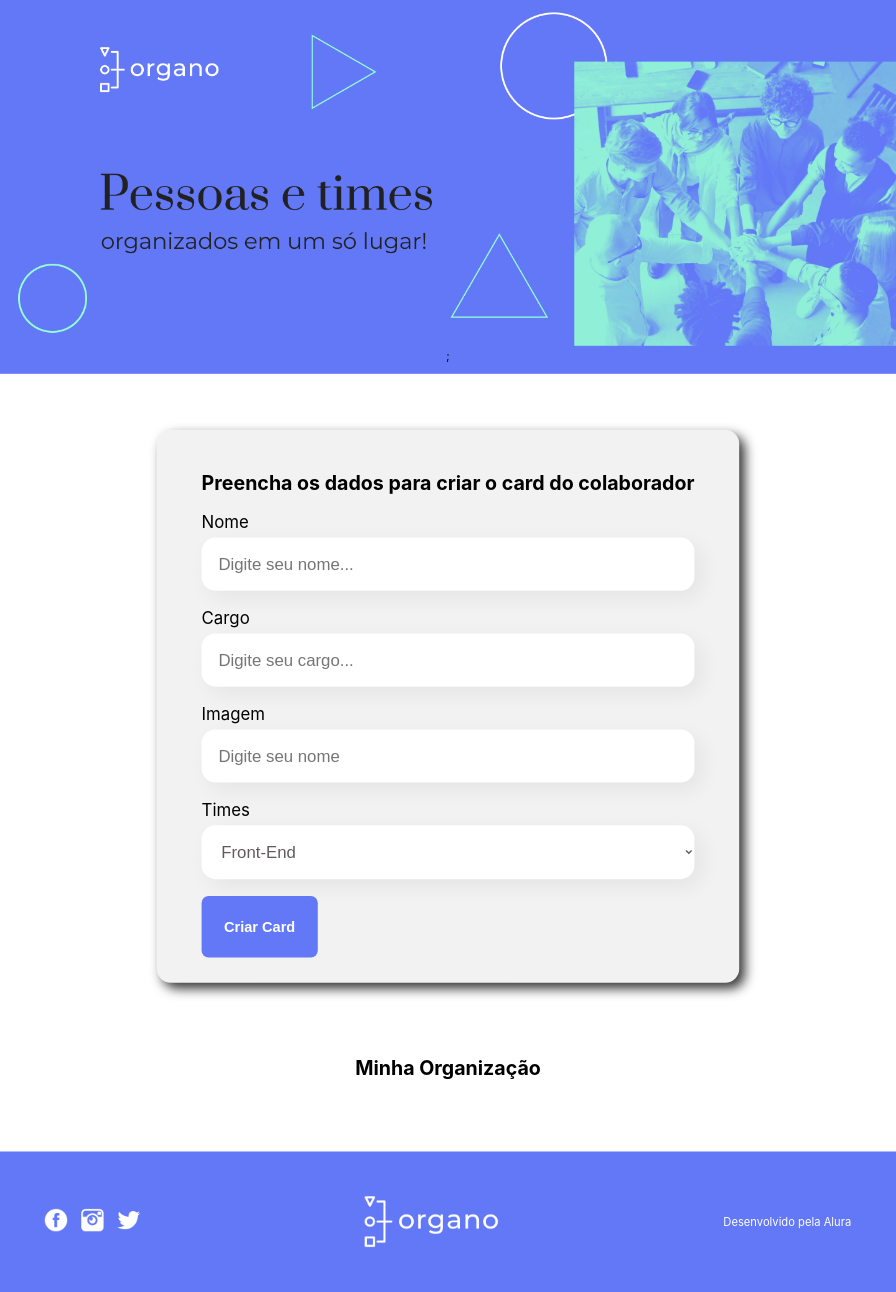
Repository: guilhermecardoso93/organo
Page: /
These files come from the project's save history. The page is drawn as it stood at one moment and after the next save; the edit follows.
The browser window is 1280 px wide. The pictures show the whole page, at 70% of full size.
The project was rebuilt for these pictures with package versions that can differ from the ones it lists, and the page was loaded fresh each time. Also part of the build but not shown: src/components/Card/styles.css, src/components/Card/index.js, src/components/Time/styles.css, src/components/Time/index.js.

Above is the page before, as saved 2024-05-27 20:23:21.

### src/App.js
import { useState } from "react";
import { Banner } from "./components/Banner";
import { Form } from "./components/Form";
import { Time } from "./components/Time";

import "./App.css";
import { Footer } from "./components/Footer";
export default function App(handleChangeColaboradores) {
  const [colaboradores, setColaboradores] = useState([]);
  const times = [
    {
      nome: "Front-End",
      corPrimaria: "#82CFFA",
      corSecundaria: "#E8F8FF",
    },
    {
      nome: "Data Sciense",
      corPrimaria: "#A6D157",
      corSecundaria: "#F0F8E2",
    },
    {
      nome: "Devops",
      corPrimaria: "#E06B69",
      corSecundaria: "#FDE7E8",
    },
    {
      nome: "UX e Design",
      corPrimaria: "#D86EBF",
      corSecundaria: "#FAE5F5",
    },
    {
      nome: "Mobile",
      corPrimaria: "#FEBA05",
      corSecundaria: "#FFF5D9",
    },
    {
      nome: "Inovação e Gestão",
      corPrimaria: "#FF8A29",
      corSecundaria: "#FFEEDF",
    },
    {
      nome: "Programação",
      corPrimaria: "#57C278",
      corSecundaria: "#D9F7E9",
    },
  ];

  function handleNewColaboradores(colaborador) {
    console.log(colaborador);
    setColaboradores([...colaboradores, colaborador]);
  }

  return (
    <div className="app">
      <Banner />
      <Form
        times={times.map((time) => time.nome)}
        handleChangeColaboradores={(colaborador) =>
          handleNewColaboradores(colaborador)
        }
      />
      <div className="times-container-main">
        <h2>Minha Organização</h2>
        <div className="times-container-list">
          {times.map((time) => (
            <Time
              key={time.nome}
              nome={time.nome}
              corPrimaria={time.corPrimaria}
              corSecundaria={time.corSecundaria}
              colaboradores={colaboradores.filter(
                (colaborador) => colaborador.time === time.nome
              )}
            />
          ))}
        </div>{" "}
      </div>
      <Footer />
    </div>
  );
}

### src/components/Banner/index.js
import BannerBackground from "../../assets/imagens/banner.png";
import "./styles.css";

export function Banner() {
  return (
    <header className="background-banner">
      <img src={BannerBackground} alt="Banner Principal da Página da Orgona" />;
    </header>
  );
}

### src/components/Form/index.js
import { useState } from "react";

import { Button } from "../Button";
import { Input } from "../Input";
import { ListDropDown } from "../ListDropDown";

import "./styles.css";

export function Form(props) {
  const [nome, setNome] = useState("");
  const [cargo, setCargo] = useState("");
  const [imagem, setImagem] = useState("");
  const [time, setTime] = useState([]);

  function handleSubmit(event) {
    event.preventDefault();
    props.handleChangeColaboradores({
      nome,
      cargo,
      imagem,
      time,
    });
    setNome("");
    setCargo("");
    setImagem("");
    setTime("");
  }
  return (
    <section className="form">
      <form onSubmit={handleSubmit}>
        <h2>Preencha os dados para criar o card do colaborador</h2>
        <Input
          label="Nome"
          obrigatorio
          placeholder="Digite seu nome..."
          value={nome}
          valueChange={(value) => setNome(value)}
        />
        <Input
          label="Cargo"
          obrigatorio
          placeholder="Digite seu cargo..."
          value={cargo}
          valueChange={(value) => setCargo(value)}
        />
        <Input
          label="Imagem"
          obrigatorio
          placeholder="Digite seu nome"
          value={imagem}
          valueChange={(value) => setImagem(value)}
        />
        <ListDropDown
          obrigatorio
          itens={props.times}
          label="Times"
          value={time}
          valueChange={(value) => setTime(value)}
        />
        <Button> Criar Card</Button>
      </form>
    </section>
  );
}

### src/App.css
.App {
  text-align: center;
}

.App-logo {
  height: 40vmin;
  pointer-events: none;
}

@media (prefers-reduced-motion: no-preference) {
  .App-logo {
    animation: App-logo-spin infinite 20s linear;
  }
}

.App-header {
  background-color: #282c34;
  min-height: 100vh;
  display: flex;
  flex-direction: column;
  align-items: center;
  justify-content: center;
  font-size: calc(10px + 2vmin);
  color: white;
}

.App-link {
  color: #61dafb;
}

@keyframes App-logo-spin {
  from {
    transform: rotate(0deg);
  }
  to {
    transform: rotate(360deg);
  }
}


.times-container-main {
  display: flex;
  flex-direction: column;
  justify-content: center;
  align-items: center;
  margin: 80px 0;
  overflow: hidden;
}

.times-container-list {
  display: flex;
  flex-direction: column;
  align-items: center;
  justify-content: center;
  gap: 2rem;
}

### src/components/Footer/index.js
import fb from "../../assets/imagens/fb.png";
import ig from "../../assets/imagens/ig.png";
import tw from "../../assets/imagens/tw.png";
import logo from "../../assets/imagens/logo.png";

import "./styles.css";

export function Footer() {
  return (
    <footer>
      <div className="social">
        <a href="/">
          <img src={fb} alt="página do Facebook" />
        </a>
        <a href="/">
          <img src={ig} alt="página do Instagram" />
        </a>
        <a href="/">
          <img src={tw} alt="página do Twitter" />
        </a>
      </div>
      <img src={logo} alt="página do Facebook" />
      <p>Desenvolvido pela Alura</p>
    </footer>
  );
}

### src/components/Banner/styles.css
.background-banner {
  background-color: #6278f7;
  text-align: center;
  padding-bottom: 1rem;
}

.background-banner img {
  max-width: 100%;
}

### src/components/Button/index.js
import "./styles.css";

export function Button(props) {
  return <button>{props.children}</button>;
}

### src/components/Input/index.js
import "./styles.css";

export function Input({ label, placeholder, obrigatorio, value, valueChange }) {
  function handleTap(event) {
    valueChange(event.target.value);
  }

  return (
    <div className="campo-texto">
      <label>{label}</label>
      <input
        placeholder={placeholder}
        required={obrigatorio}
        onChange={handleTap}
        value={value}
      />
    </div>
  );
}

### src/components/ListDropDown/index.js
import "./styles.css";

export function ListDropDown({ label, itens, value, valueChange, required }) {
  return (
    <div className="list-dropdown">
      <label>{label}</label>
      <select
        onChange={(evento) => valueChange(evento.target.value)}
        required={required}
        value={value}
      >
        {itens.map((item) => {
          return <option key={item}>{item}</option>;
        })}
      </select>
    </div>
  );
}

### src/components/Form/styles.css
.form {
  display: flex;
  justify-content: center;
  margin: 80px 0;
}

.form form {
  max-width: 80%;
  background-color: #f2f2f2;
  border-radius: 20px;
  padding: 36px 64px;
  box-shadow: 8px 8px 16px rgba(0,0,0, 0.8);
}

h2 {
  font-size: 1.75rem;
}

### src/components/Footer/styles.css
footer {
  background-color: #6278f7;
  color: #fff;

  display: flex;
  flex-direction: row;
  justify-content: space-between;
  align-items: center;
  padding: 4rem;
}

footer .social {
  display: flex;
  gap: 20px;
}

### src/components/Button/styles.css
button {
  background-color: #6278f7;
  color: white;
  border: none;
  border-radius: 10px;
  font-size: 1.3rem;
  font-weight: bold;
  padding: 32px;
  cursor: pointer;
}

button:hover {
  background-color: white;
  color: #6278f7;
  border: 4px solid #6278f7;
  padding: 28px;
}

### src/components/Input/styles.css
.campo-texto {
  display: flex;
  flex-direction: column;
  margin: 24px 0;
}

.campo-texto label {
  display: block;
  margin-bottom: 8px;
  font-size: 24px;
  font-weight: semi-bold;
}

.campo-texto input {
  background-color: #fff;
  box-shadow: 10px 10px 30px rgba(0, 0, 0, 0.06);
  width: 100%;
  border: none;
  font-size: 24px;
  padding: 24px;
  box-sizing: border-box;
  border-radius: 20px;
}

### src/components/ListDropDown/styles.css
.list-dropdown {
  display: flex;
  flex-direction: column;
  margin: 24px 0;
}

.list-dropdown label {
  display: block;
  margin-bottom: 8px;
  font-size: 24px;
  font-weight: semi-bold;
}

.list-dropdown select {
  background-color: #fff;
  box-shadow: 10px 10px 30px rgba(0, 0, 0, 0.06);
  width: 100%;
  border: none;
  font-size: 24px;
  padding: 24px;
  box-sizing: border-box;
  border-radius: 20px;
  color: #615c5c;
}

Loaded but not shown: public/index.html (common file); src/index.js (common file); src/index.css (common file)

After the next save:
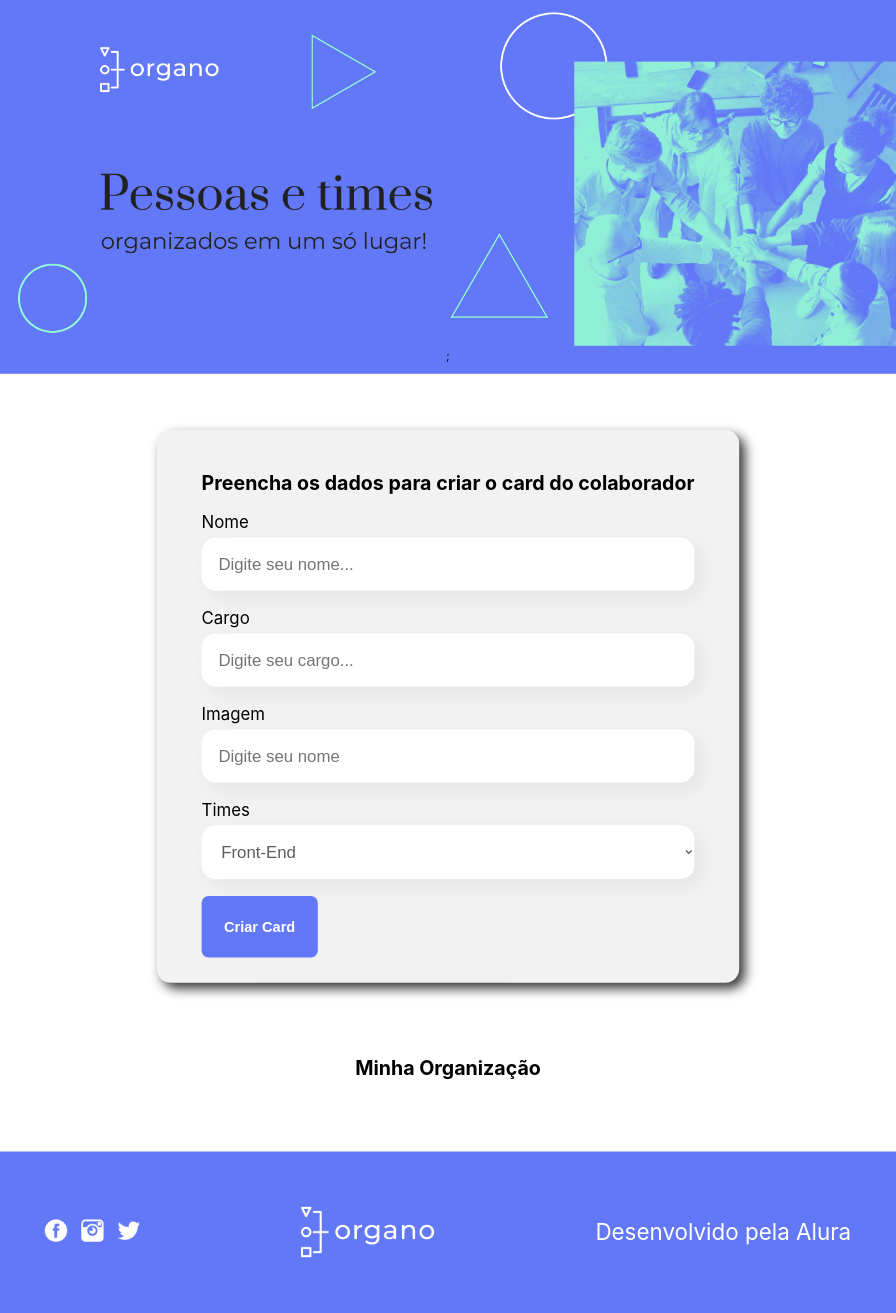
Saved 12 s later.
--- a/src/components/Footer/styles.css
+++ b/src/components/Footer/styles.css
@@ -13,3 +13,7 @@ footer .social {
   display: flex;
   gap: 20px;
 }
+
+footer p {
+  font-size: 2rem;
+}

After the save that followed:
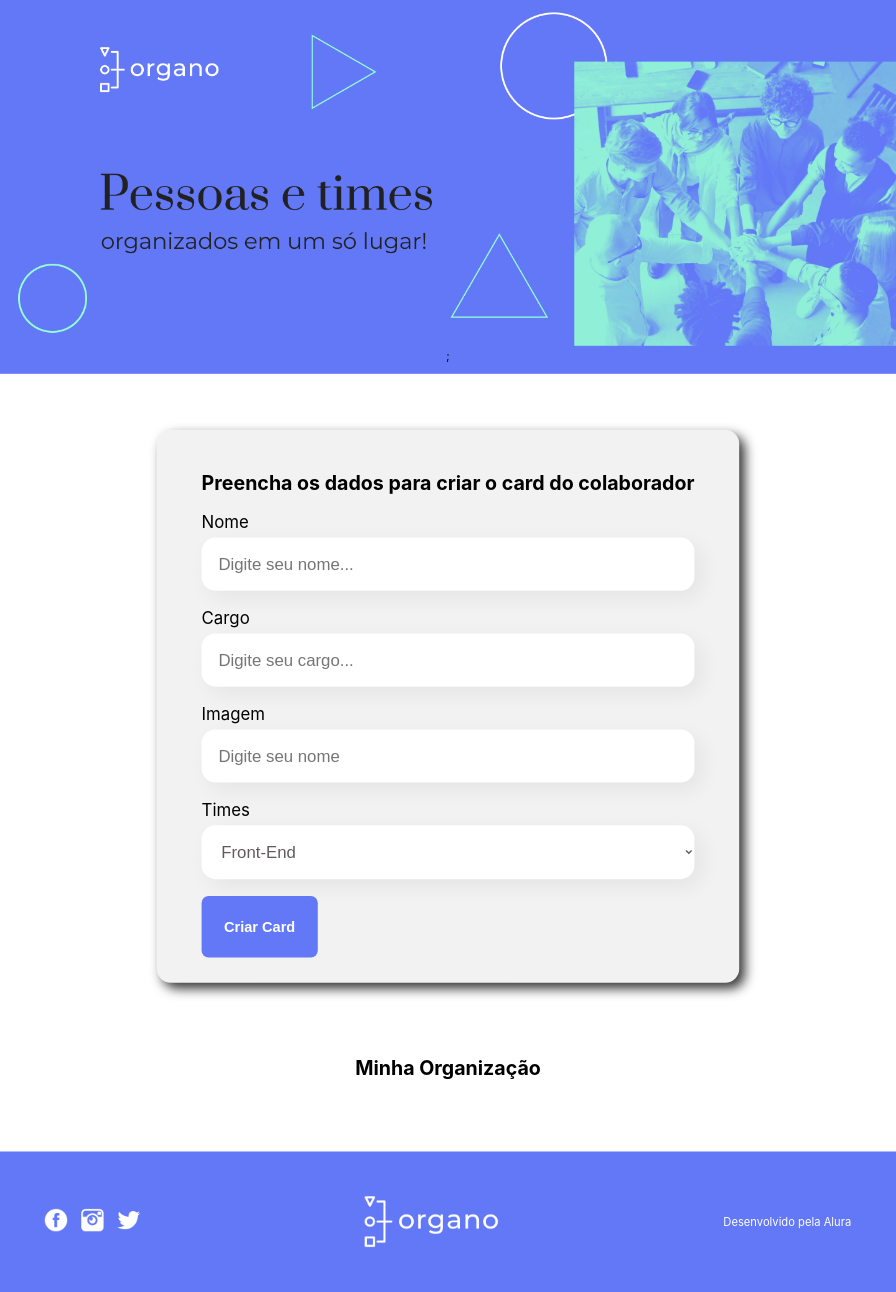
Saved 5 s later.
--- a/src/components/Footer/styles.css
+++ b/src/components/Footer/styles.css
@@ -15,5 +15,5 @@ footer .social {
 }
 
 footer p {
-  font-size: 2rem;
+  font-size: 1rem;
 }
